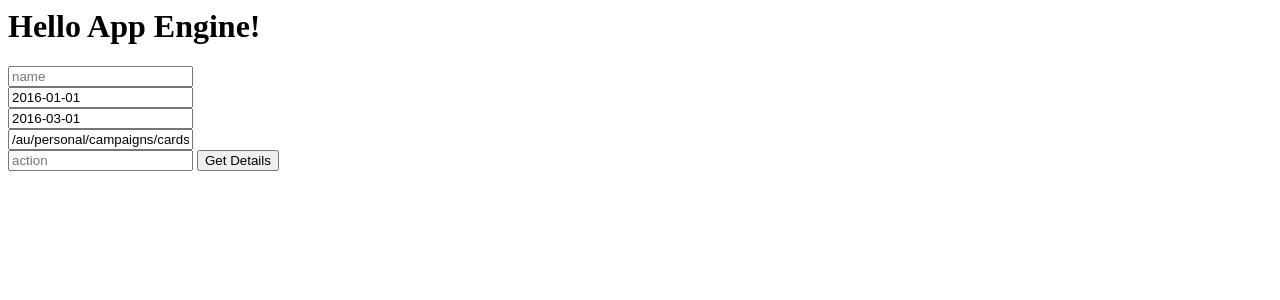
Repository: aneeshsingh/workspace
Page: analytics/war/index.html
The author's editor kept a copy of each file at every save. The page is drawn from the files as they stood at one save, then again after the next save.
The browser window is 1280 px wide. The pictures show the whole page.

Above is the page before, as saved 2016-03-06 23:58:48.

After the next save:
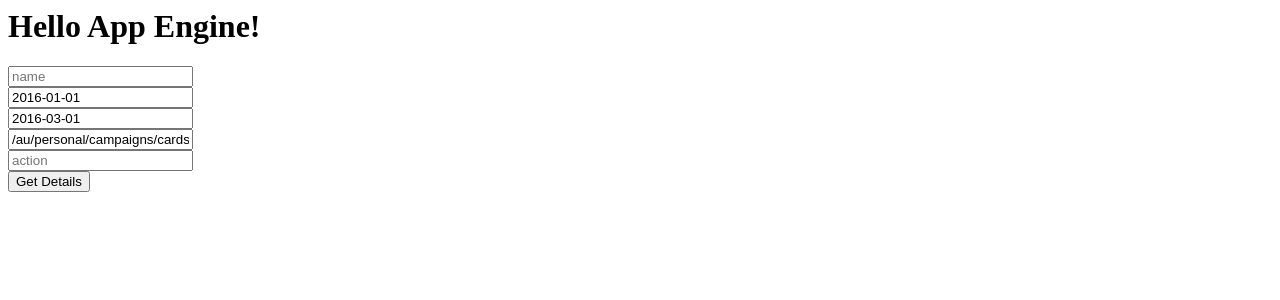
Saved 9 s later.
--- a/analytics/war/index.html
+++ b/analytics/war/index.html
@@ -21,7 +21,7 @@
 			<input type="text" name="startDate" id="startDate" placeholder="startDate" value="2016-01-01" /><br/>
 			<input type="text" name="endDate" id="endDate" placeholder="endDate" " value="2016-03-01"/><br/>
 			<input type="text" name="url" id="url" placeholder="url" value="/au/personal/campaigns/cards/special-offer-qantas-black/" /><br/>
-			<input type="text" name="action" id="action" placeholder="action" />
+			<input type="text" name="action" id="action" placeholder="action" /><br/>
 
 			<input type="submit" value="Get Details" />
 	</form>
